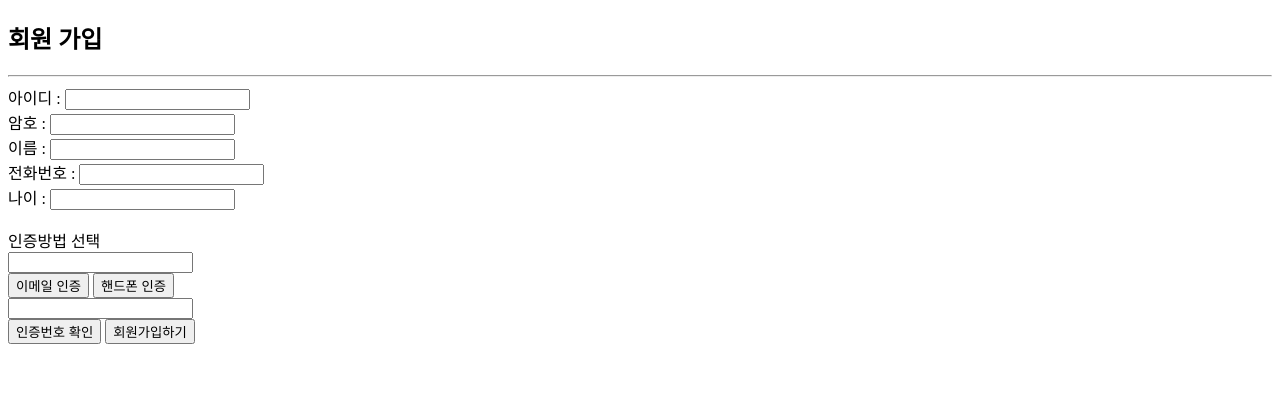
Repository: 0hmuse/day0330-2
Page: day0330-1/src/main/resources/static/test.html
These files come from the project's save history. The page is drawn as it stood at one moment and after the next save; the edit follows.
The browser window is 1280 px wide. The pictures show the whole page.

Above is the page before, as saved 2020-03-30 12:27:07.

### day0330-1/src/main/resources/static/test.html
<!DOCTYPE html>
<html>
<head>
<meta charset="EUC-KR">
<title>Insert title here</title>
<script type="text/javascript" src="https://code.jquery.com/jquery-3.4.1.min.js"></script>
<script type="text/javascript">
$(function(){

$("#btn_email").click(function(){
	var data = {in1:$("#in1").val()}
	$.ajax("/email.do",{data:data,success:function(r){

	}})
});


// 	$("#btn_phone").click(function(){
// 		$("#check").empty();
// 		var i = $("<input type='text' id='in' name='in'>");
// 		var pb = $("<button id='pbc'>인증번호 보내기</button>");
// 		$("#check").append(i);
// 		$("body").append(pb);

// 		$("#pbc").on("click",function(){
// 			var data = $("#g").serialize();
// 			$.ajax("/email.do",{data:data,success:function(r){
// 				if(r.equal("인증성공")){
// 					var add = $("<button id='add'>가입하기<button>")

// 					$("#add").on("click",function(){
// 						var data = $("#f").serialize();
// 						$.ajax("/insert.do",{data:data,success:function(r){
// 							alert(r);
// 						}})
// 					})
// 					}
// 				}
// 			})
// 		});
// 	})

})
</script>
</head>
<body>
	<h2>회원 가입</h2>
	<hr>
	<form id="f">
		아이디 : <input type="text" id="id" name="id"><br>
		암호 : <input type="text" id="pwd" name="pwd"><br>
		이름 : <input type="text" id="name" name="name"><br>
		전화번호 : <input type="text" id="tel" name="tel"><br>
		나이 : <input type="text" id="age" name="age"><br>
		<br>
	</form>
		인증방법 선택<br>

		<form id="g">
				<input type='text' id='in1' name='in1'>
		</form>
				<button id="btn_email">이메일 인증</button>
				<button id="btn_phone">핸드폰 인증</button>
				<br>

		<form id="h">
				<input type='text' id='in2' name='in2'>
		</form>
				<button id='ebc2'>인증번호 확인</button>

		<button id="btnAdd">회원가입하기</button>

</body>
</html>

After the next save:
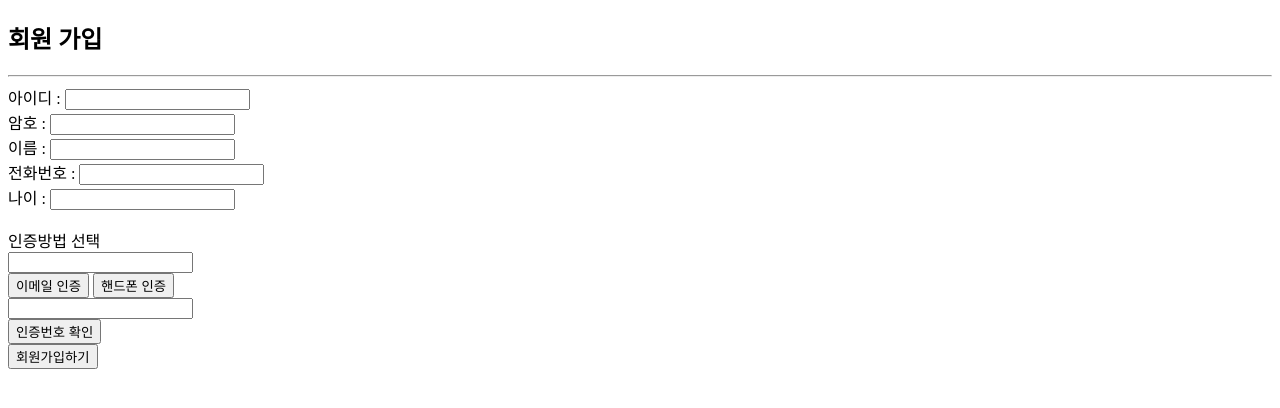
Saved 10 s later.
--- a/day0330-1/src/main/resources/static/test.html
+++ b/day0330-1/src/main/resources/static/test.html
@@ -66,7 +66,7 @@ $("#btn_email").click(function(){
 		<form id="h">
 				<input type='text' id='in2' name='in2'>
 		</form>
-				<button id='ebc2'>인증번호 확인</button>
+				<button id='ebc2'>인증번호 확인</button><br>
 
 		<button id="btnAdd">회원가입하기</button>
 
